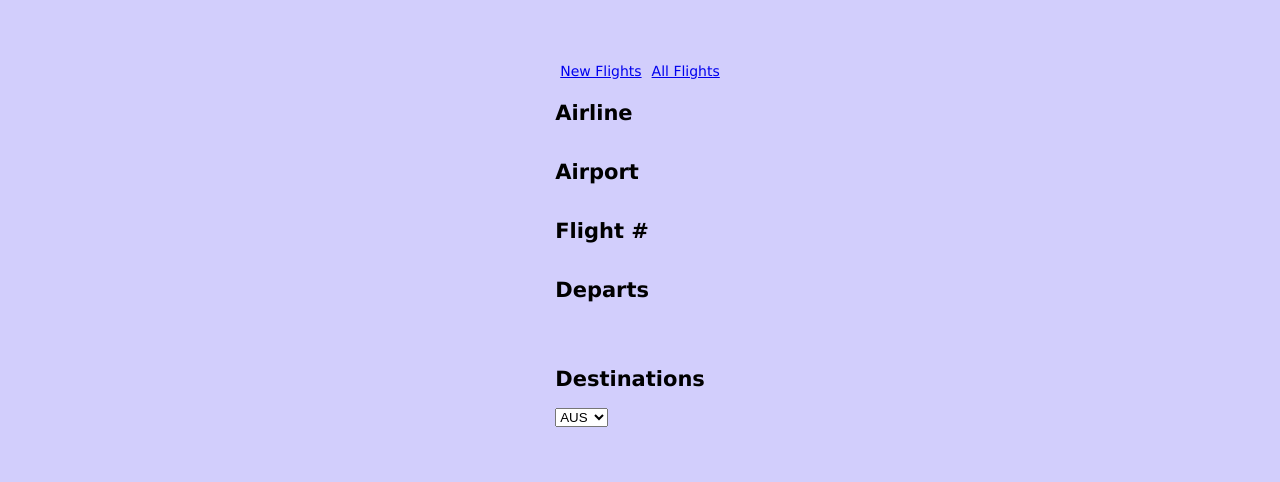
Repository: jmendoza13/mongoose-flights
Page: views/flights/show.ejs
The author's editor kept a copy of each file at every save. The page is drawn from the files as they stood at one save, then again after the next save.
The browser window is 1280 px wide. The pictures show the whole page.
The page is served by the project's Node server (server.js). Other server files are loaded and not shown. The template is opened directly, without the code that normally fills it, so the values that code supplies are empty.

Above is the page before, as saved 2022-07-20 17:00:30.

### views/flights/show.ejs
<%- include('../partials/header') %>
<section id="show-page">
           <h2>Airline</h2>
           <p><%=flight.airline %></p>
           <h2>Airport</h2>
           <p><%=flight.airport %></p>
           <h2>Flight #</h2>
           <p><%=flight.flightNo %></p>
           <h2>Departs</h2>
           <p><%=flight.departs %></p>

</section>
<br><h2>Destinations</h2>
<form id="add-destination" method="POST"
ACTION="/flights/<%=flight._id %>/destinations">
<select name="airport" >
    <option value="AUS">AUS</option>
    <option value="DFW">DFW</option>
    <option value="DEN">DEN</option>
    <option value="LAX">LAX</option>
    <option value="SAN">SAN</option>
</select>
</form>




<%- include('../partials/footer') %>

### views/Partials/header.ejs
<!DOCTYPE html>
<html lang="en">

<head>
    <meta charset="UTF-8">
    <meta http-equiv="X-UA-Compatible" content="IE=edge">
    <meta name="viewport" content="width=device-width, initial-scale=1.0">
    <link rel='stylesheet' href='/stylesheets/style.css' />
    <title>Flights</title>
</head>

<body>
    <nav>
        <a href="/flights/new">New Flights</a>
        <a href="/flights">All Flights</a>
    </nav>

### server.js
var createError = require('http-errors');
var express = require('express');
var path = require('path');
var cookieParser = require('cookie-parser');
var logger = require('morgan');

require('dotenv').config();

require('./config/database');

var indexRouter = require('./routes/index');
var flightsRouter = require('./routes/flights');
var destinationsRouter = require('./routes/flights');

var app = express();

// view engine setup
app.set('views', path.join(__dirname, 'views'));
app.set('view engine', 'ejs');

app.use(logger('dev'));
app.use(express.json());
app.use(express.urlencoded({ extended: false }));
app.use(cookieParser());
app.use(express.static(path.join(__dirname, 'public')));

app.use('/', indexRouter);
app.use('/flights', flightsRouter);
app.use('/', destinationsRouter);

// catch 404 and forward to error handler
app.use(function(req, res, next) {
  next(createError(404));
});

// error handler
app.use(function(err, req, res, next) {
  // set locals, only providing error in development
  res.locals.message = err.message;
  res.locals.error = req.app.get('env') === 'development' ? err : {};

  // render the error page
  res.status(err.status || 500);
  res.render('error');
});

module.exports = app;

### public/stylesheets/style.css
body {
  padding: 50px;
  font: 14px "Lucida Grande", Helvetica, Arial, sans-serif;
  display: grid;
  justify-content: center;
  background-color: rgb(210, 206, 252);
  grid-template-areas:
    "nav"
    "main"
}

nav, h1, p {
  display: flex;
  color: #010101;
  justify-content: center;
  align-items: center;
  text-align: center;
}

a {
  padding: 5px;
}

Loaded but not shown: views/Partials/footer.ejs (common file)

After the next save:
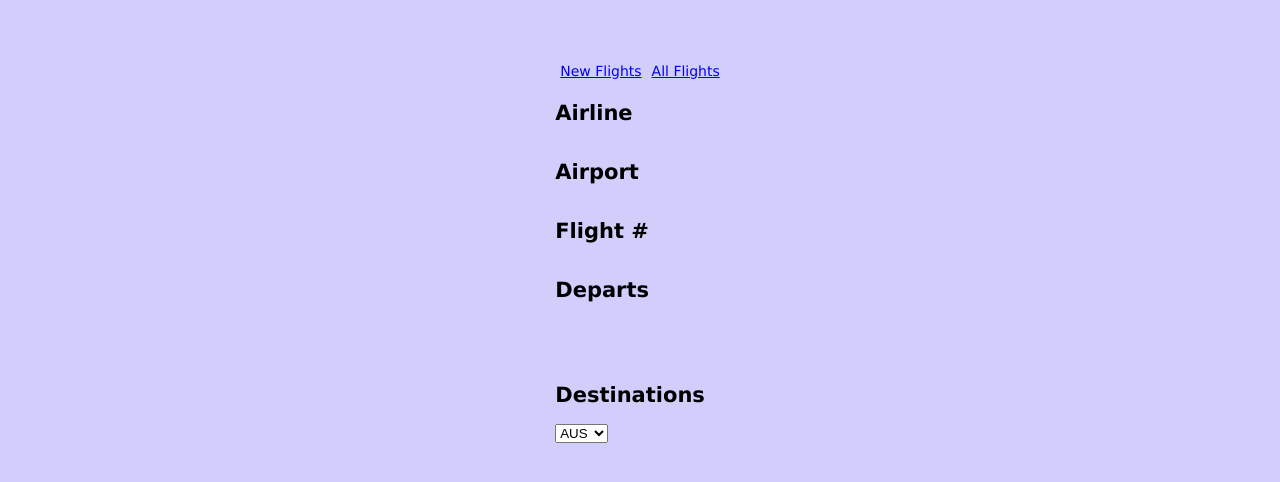
Saved 20 s later.
--- a/views/flights/show.ejs
+++ b/views/flights/show.ejs
@@ -10,7 +10,7 @@
            <p><%=flight.departs %></p>
 
 </section>
-<br><h2>Destinations</h2>
+<br><br><h2>Destinations</h2>
 <form id="add-destination" method="POST"
 ACTION="/flights/<%=flight._id %>/destinations">
 <select name="airport" >
